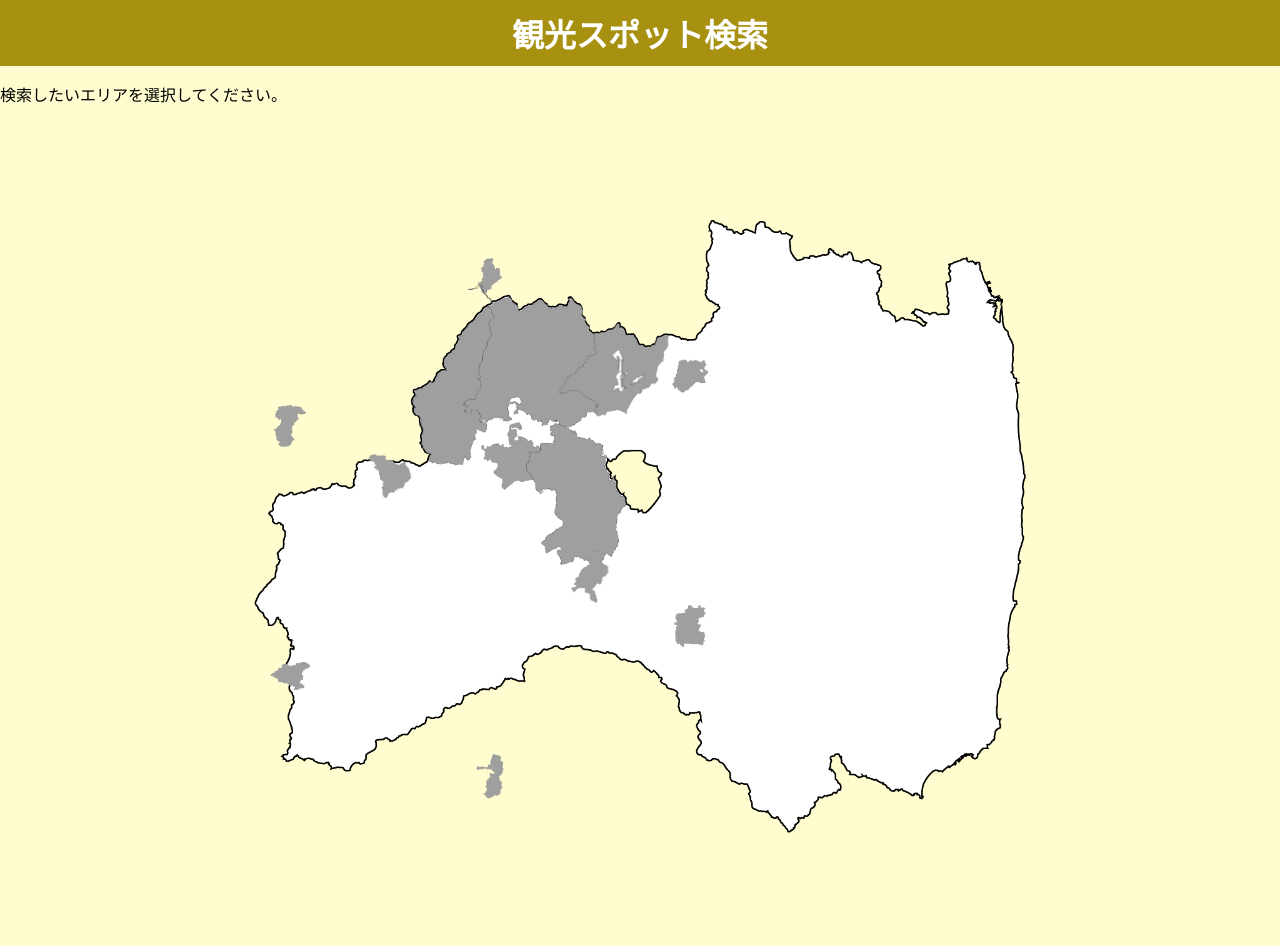
Repository: ryoutana/tanaryou.github.io
Page: Downloads/project/index.html
An editor plug-in stored every save of this project. The page is shown before and after a run of saves, followed by the edit.
The browser window is 1280 px wide. The pictures show the whole page.

Above is the page before, as saved 2025-04-29 13:29:21.

### Downloads/project/index.html
<!DOCTYPE html>
<html lang="ja">
<head>
    <meta charset="UTF-8">
    <meta name="viewport" content="width=device-width, initial-scale=1.0">
    <title>観光スポット検索</title>
    <link rel="stylesheet" href="styles.css">
</head>
<body>
    <header>
        <h1 id="pageTitle">観光スポット検索</h1>
    </header>
    <main>
        <section id="intro">
            <p id="introText">検索したいエリアを選択してください。</p>
            <div id="mapContainer">
                <img id="introImage" src="福島県白地図.png" alt="福島県の地図">
                <div id="spotContainer"></div>
            </div>
        </section>
    </main>
    <script src="script.js"></script>
</body>
</html>

### Downloads/project/styles.css
/* styles.css */

/* 全体のリセット */
body, html {
    margin: 0;
    padding: 0;
    box-sizing: border-box;
    background-color: #fffdd0; /* 背景色をクリーム色に設定 */
    font-family: Arial, sans-serif;
}

/* ヘッダーのスタイル */
header {
    text-align: center;
    background-color: #a89110; /* ゴールド系の背景色 */
    padding: 10px 0;
}

#pageTitle {
    font-size: 2em;
    margin: 0;
    color: #fff; /* 白文字 */
}

/* 地図全体のコンテナ */
#mapContainer {
    position: relative;
    width: 80%; /* 地図の幅を画面幅に応じて調整 */
    max-width: 800px;
    margin: 20px auto;
    overflow: hidden;
    text-align: center;
}

#introImage {
    width: 100%; /* 地図画像を親要素にフィットさせる */
    height: auto;
    display: block;
    margin: 0 auto;
    z-index: 1;
}

/* スポット画像のコンテナ */
#spotContainer {
    position: absolute;
    top: 0;
    left: 0;
    width: 100%;
    height: 100%;
    z-index: 2;
}

/* スポット画像のスタイル */
.spot-image {
    position: absolute;
    transform: translate(-50%, -50%); /* 中心基準で配置 */
    cursor: pointer;
    transition: filter 0.3s ease;
    filter: brightness(0.8) saturate(0); /* デフォルトで薄い灰色 */
}

.spot-image:hover {
    filter: brightness(1.2) hue-rotate(90deg); /* カーソルが乗ると黄緑 */
}

.spot-image.active {
    filter: brightness(1) hue-rotate(120deg) saturate(2); /* クリックでしっかり緑 */
}

### Downloads/project/script.js
// script.js

// スポットデータ（座標は地図画像内の相対的なピクセル位置）
const spots = [
    { name: '会津坂下町', img: '会津坂下町(白地図).png', x: 275, y: 330, width: 80 },
    { name: '会津若松市', img: '会津若松市(白地図).png', x: 336, y: 368, width: 160 },
    { name: '会津美里町', img: '会津美里町(白地図).png', x: 250, y: 150, width: 40 },
    { name: '喜多方市', img: '喜多方市(白地図).png', x: 291, y: 230, width: 170 },
    { name: '金山町', img: '金山町(白地図).png', x: 450, y: 250, width: 45 },
    { name: '三島町', img: '三島町(白地図).png', x: 50, y: 300, width: 50 },
    { name: '昭和村', img: '昭和村(白地図).png', x: 150, y: 350, width: 55 },
    { name: '西会津町', img: '西会津町(白地図).png', x: 214, y: 260, width: 180 },
    { name: '猪苗代町', img: '猪苗代町(白地図).png', x: 350, y: 450, width: 60 },
    { name: '湯川村', img: '湯川村(白地図).png', x: 450, y: 500, width: 50 },
    { name: '磐梯町', img: '磐梯町(白地図).png', x: 50, y: 550, width: 45 },
    { name: '北塩原村', img: '北塩原村(白地図).png', x: 374, y: 244, width: 123 },
    { name: '柳津町', img: '柳津町(白地図).png', x: 250, y: 650, width: 50 }
];

// スポットを動的に生成
function generateSpots() {
    const spotContainer = document.getElementById('spotContainer');
    const mapContainer = document.getElementById('mapContainer');

    if (!spotContainer || !mapContainer) {
        console.error('Error: 必要な要素が見つかりません。');
        return;
    }

    const mapWidth = mapContainer.offsetWidth; // 地図の幅
    const mapHeight = mapContainer.offsetHeight; // 地図の高さ

    spots.forEach(spot => {
        const img = document.createElement('img');
        img.src = spot.img;
        img.alt = spot.name;
        img.style.width = `${(spot.width / 800) * mapWidth}px`; // 幅を地図のサイズに比例させる
        img.style.left = `${(spot.x / 800) * mapWidth}px`; // x座標を地図のサイズに比例させる
        img.style.top = `${(spot.y / 800) * mapHeight}px`; // y座標を地図のサイズに比例させる
        img.classList.add('spot-image');

        // クリックイベントで色を変更
        img.addEventListener('click', () => {
            if (img.classList.contains('active')) {
                img.classList.remove('active'); // 緑から灰色に戻す
            } else {
                img.classList.add('active'); // 緑にする
            }
        });

        spotContainer.appendChild(img);
    });
}

// 初期化処理
function init() {
    generateSpots();
    console.log('スポット画像の生成が完了しました。');
}

// ページ読み込み時に初期化
window.onload = init;

After the next 3 saves:
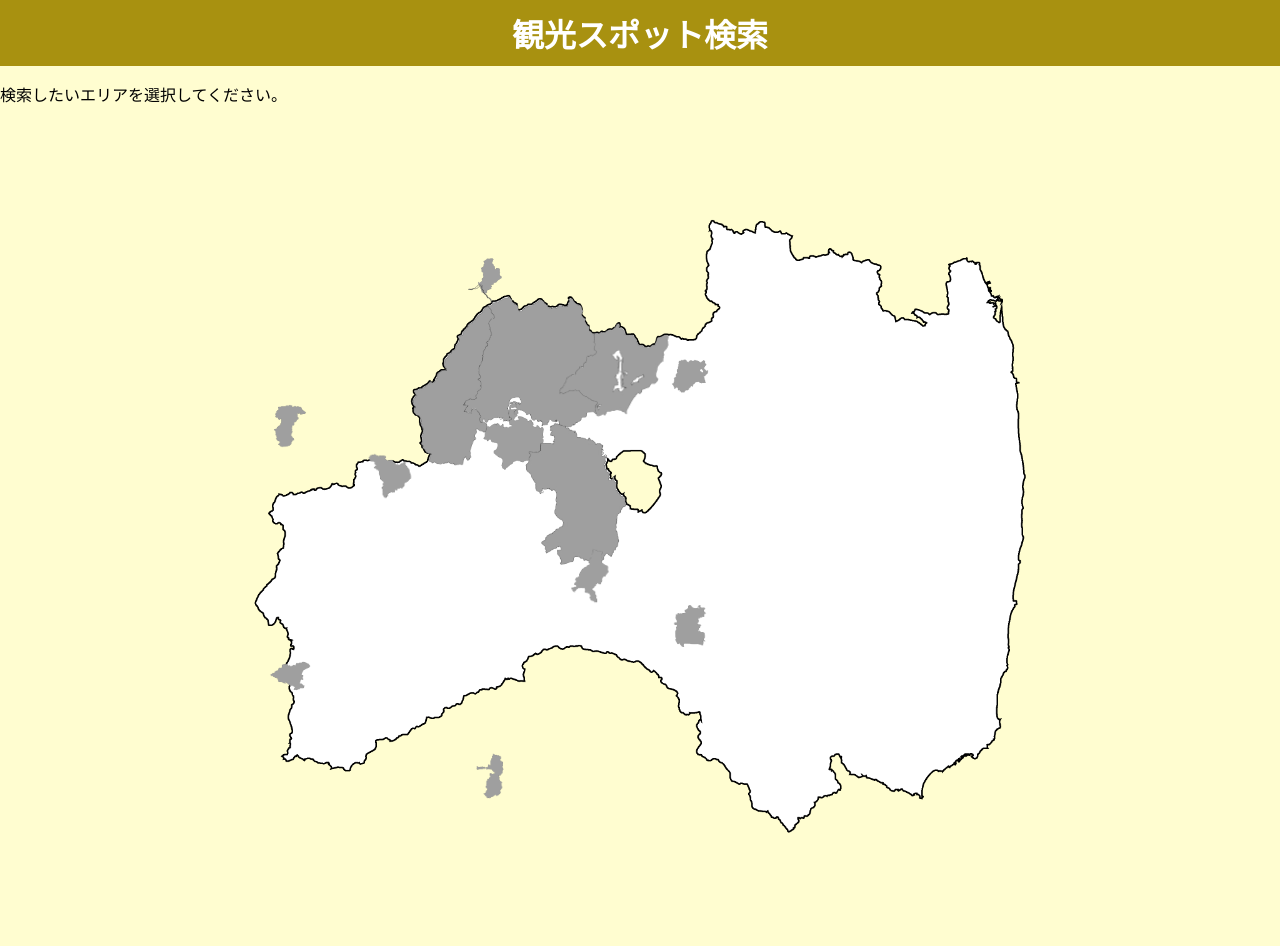
The 3 saves are shown as one change because they came seconds apart.
The last was saved 81 s later.
--- a/Downloads/project/script.js
+++ b/Downloads/project/script.js
@@ -2,7 +2,7 @@
 
 // スポットデータ（座標は地図画像内の相対的なピクセル位置）
 const spots = [
-    { name: '会津坂下町', img: '会津坂下町(白地図).png', x: 275, y: 330, width: 80 },
+    { name: '会津坂下町', img: '会津坂下町(白地図).png', x: 275, y: 310, width: 80 },
     { name: '会津若松市', img: '会津若松市(白地図).png', x: 336, y: 368, width: 160 },
     { name: '会津美里町', img: '会津美里町(白地図).png', x: 250, y: 150, width: 40 },
     { name: '喜多方市', img: '喜多方市(白地図).png', x: 291, y: 230, width: 170 },
